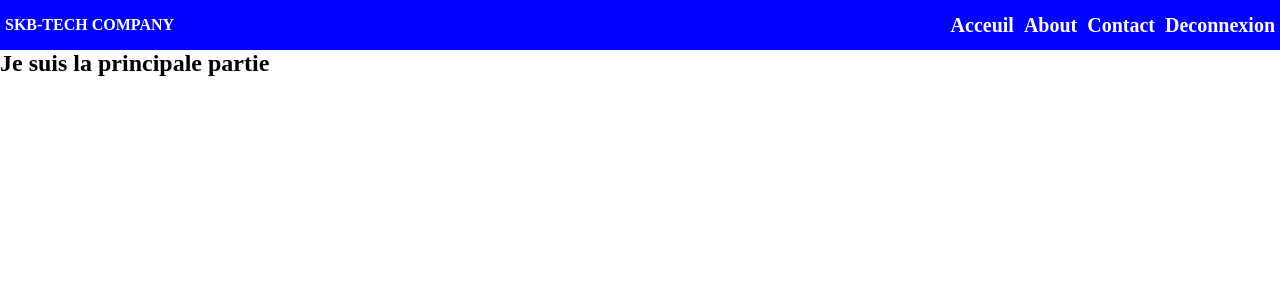
Repository: SKB-TECH/projetExpress
Page: http://localhost/
An editor plug-in stored every save of this project. The page is shown before and after a run of saves, followed by the edit.
The browser window is 1280 px wide. The pictures show the whole page.
The page is served by the project's Node server (server.js).

Above is the page before, as saved 2022-10-21 15:27:02.

After the next 2 saves:
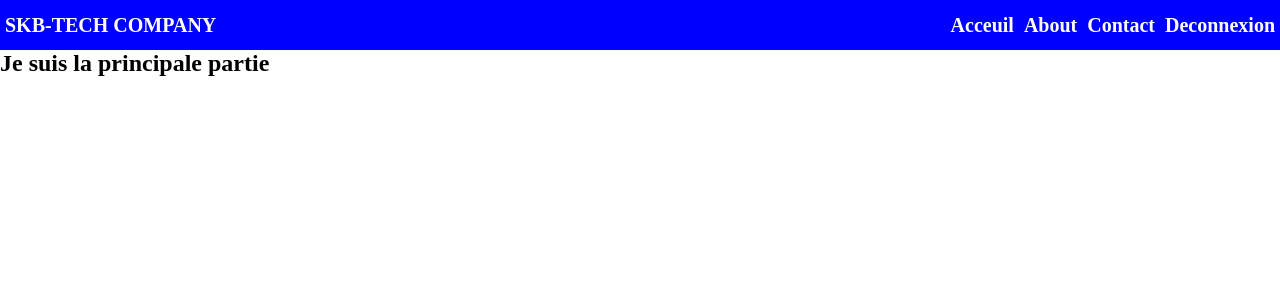
The 2 saves are shown as one change because they came seconds apart.
The last was saved 7 s later.
--- a/assets/css/style.css
+++ b/assets/css/style.css
@@ -35,6 +35,7 @@ a {
     font-weight: 600;
 }
 
-.titles1{
+.titles1 {
     font-weight: 600;
+    font-size: 20px;
 }
